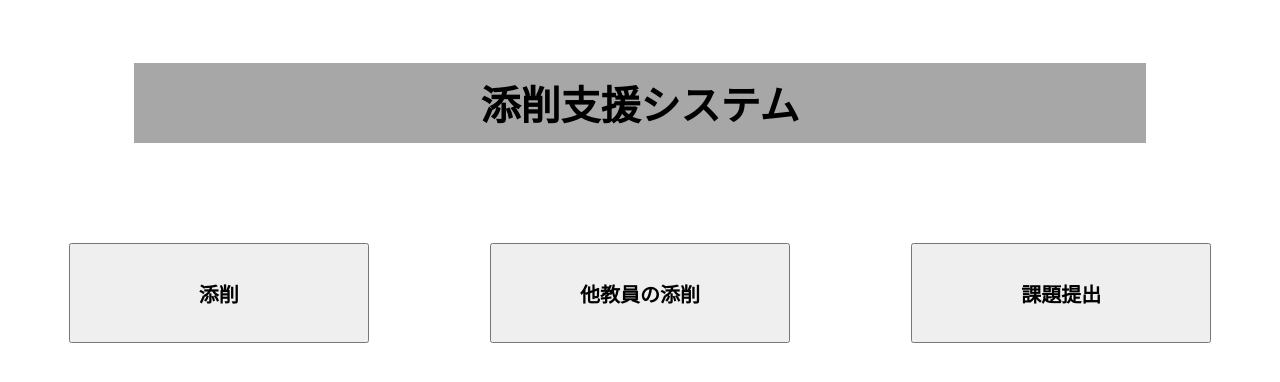
Repository: k-murakami18/canvas_v2
Page: Main.html
These files come from the project's save history. The page is drawn as it stood at one moment and after the next save; the edit follows.
The browser window is 1280 px wide. The pictures show the whole page.

Above is the page before, as saved 2021-01-04 20:09:51.

After the next save:
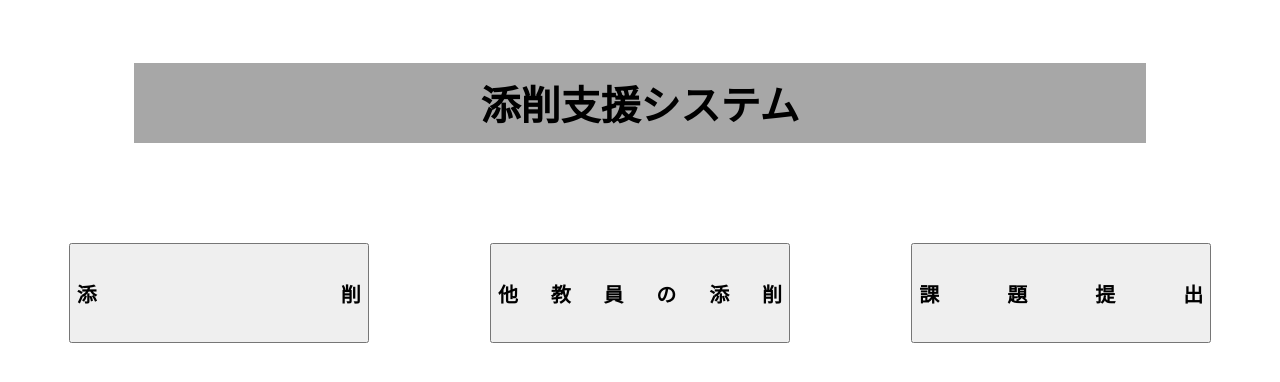
Saved 27 s later.
--- a/style.css
+++ b/style.css
@@ -139,7 +139,7 @@ canvas {
   font-size: 20px;
   font-weight: bold;
   margin: auto;
-  text-justify:inter-ideograph;
+  text-align-last: justify;
 }
 body .but_name{
   display: flex;
